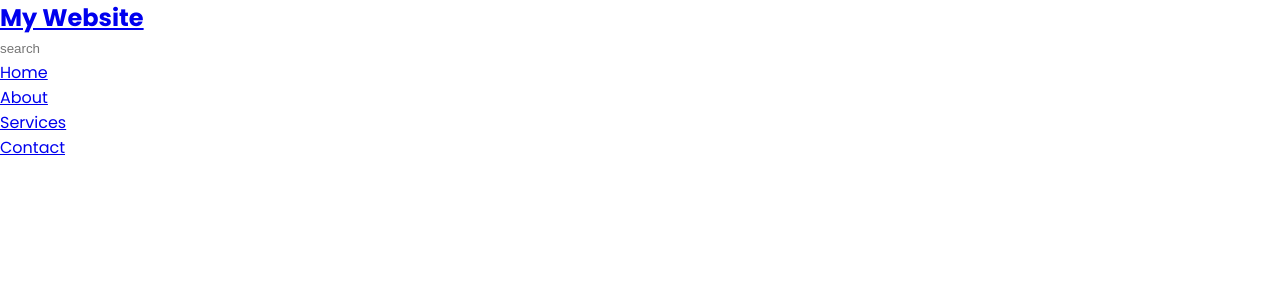
Repository: vncntxl/assesment3
Page: index.html
An editor plug-in stored every save of this project. The page is shown before and after the next save, followed by the edit.
The browser window is 1280 px wide. The pictures show the whole page.

Above is the page before, as saved 2024-08-21 17:01:13.

### index.html
<!DOCTYPE html>
<html lang="en">
<head>
    <meta charset="UTF-8">
    <meta name="viewport" content="width=device-width, initial-scale=1.0">
    <title>Document</title>
    <link rel="stylesheet" href="styles.css">
</head>
<body>
    <nav class="nav">
        <div class="container">
           <h2> <a href="#">My Website</a></h2>
            <div class="search-bar">
                <i class="uil uil-search"></i>
                <input type="search" placeholder="search">
            </div>
          <ul>
            <li><a href="#" class="current">Home</a></li>
            <li><a href="#">About</a></li>
            <li><a href="#">Services</a></li>
            <li><a href="#">Contact</a></li>
          </ul>
        </div>
      </nav>
</body>
</html>

### styles.css
/* font */
@import url('https://fonts.googleapis.com/css2?family=Poppins:ital,wght@0,100;0,200;0,300;0,400;0,500;0,600;0,700;0,800;0,900;1,100;1,200;1,300;1,400;1,500;1,600;1,700;1,800;1,900&display=swap');

*{
    padding: 0;
    margin: 0;
    box-sizing: border-box;
    outline: none;
    border: none;
}

body{
    font-family: 'Poppins',sans-serif;
}

After the next save:
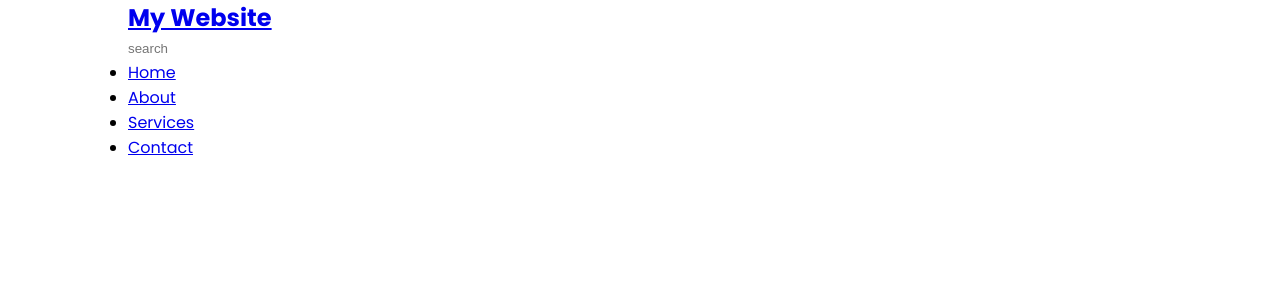
Saved 3 min 23 s later.
--- a/styles.css
+++ b/styles.css
@@ -12,3 +12,13 @@
 body{
     font-family: 'Poppins',sans-serif;
 }
+
+.container{
+    width: 80%;
+    margin: 0 auto;
+}
+
+nav {
+    width: 100%;
+
+}
